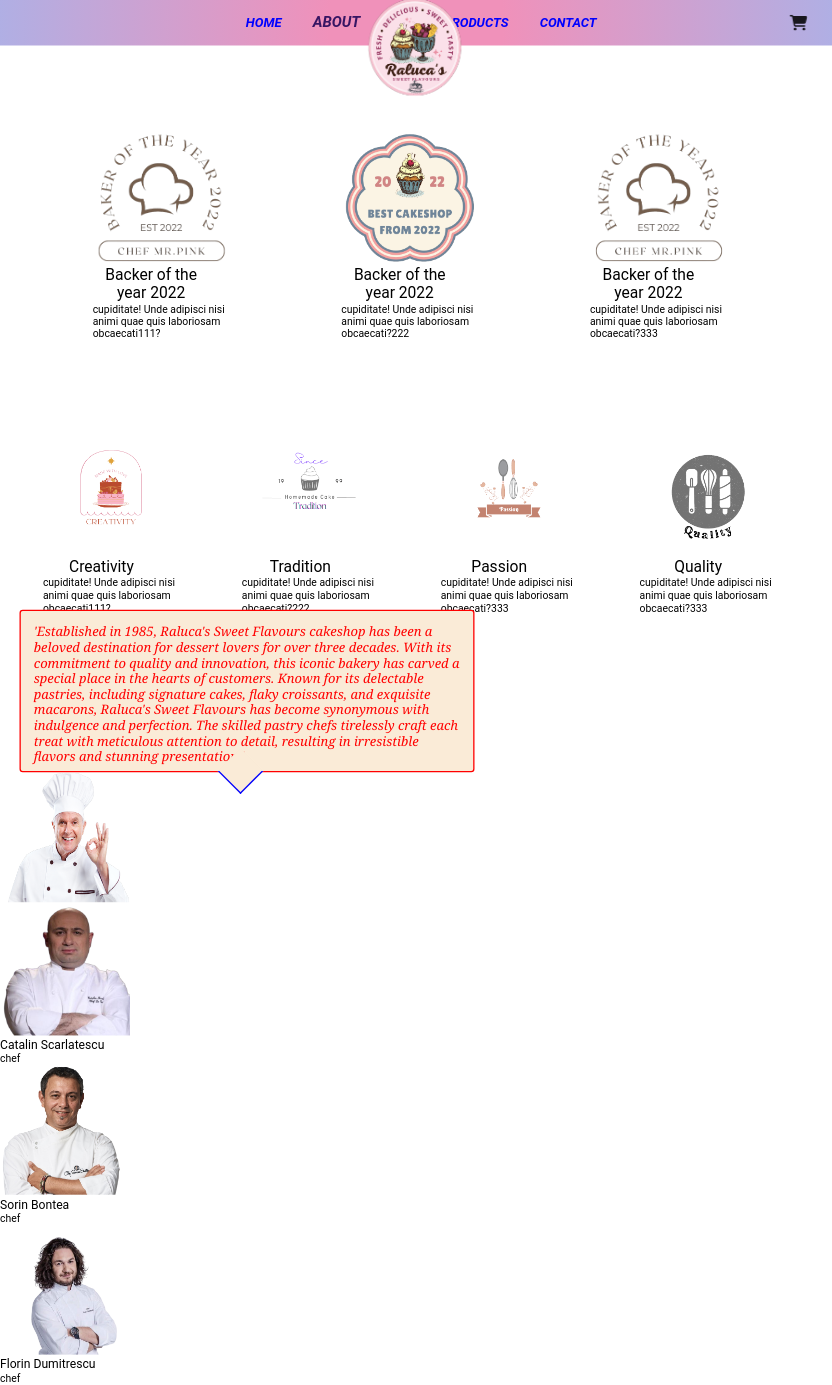
Repository: RalucaZota/cakeshop
Page: /about
These files come from the project's save history. The page is drawn as it stood at one moment and after the next save; the edit follows.
The browser window is 1280 px wide. The pictures show the whole page, at 65% of full size.
The project was rebuilt for these pictures with package versions that can differ from the ones it lists, and the page was loaded fresh each time. Also part of the build but not shown: vite.config.js, src/components/AddtoCartButton.vue, src/components/FavoriteProduct.vue, src/components/ProductItem.vue, src/components/Testimonials.vue, src/views/Home.vue, src/views/Products.vue, src/views/Contact.vue.

Above is the page before, as saved 2023-06-28 08:33:03.

### index.html
<!DOCTYPE html>
<html lang="en">
  <head>
    <meta charset="UTF-8">
    <link rel="icon" href="/favicon.ico">
    <meta name="viewport" content="width=device-width, initial-scale=1.0">
    <title>Vite App</title>
  </head>
  <body>
    <div id="app"></div>
    <script type="module" src="/src/main.js"></script>

  </body>
</html>

### src/main.js
import './assets/main.css'
import{ createApp } from "vue";
import App from './App.vue'
import router from './router'

import { library } from '@fortawesome/fontawesome-svg-core'
import { FontAwesomeIcon } from '@fortawesome/vue-fontawesome'
import { faBars } from '@fortawesome/free-solid-svg-icons'
import { faXmark } from '@fortawesome/free-solid-svg-icons'
import { faCartShopping } from '@fortawesome/free-solid-svg-icons'

import 'vuetify/styles'
import { createVuetify } from 'vuetify'
import * as components from 'vuetify/components'
import * as directives from 'vuetify/directives'

const vuetify = createVuetify({
    components,
    directives,
  })
library.add(faBars, faXmark, faCartShopping)

createApp(App)
.component('font-awesome-icon', FontAwesomeIcon).use(router, vuetify)
.mount('#app')

### src/assets/main.css
@import './base.css';

#app {
  margin: 0 auto;

  font-weight: normal;
}

html{
  line-height: 1.2 !important;
}

### src/App.vue
<script setup>
import Navbar from "./components/Navbar.vue"


</script>

<template>
<navbar/>


</template>

<style scoped>

</style>

### src/router/index.js
import { createRouter, createWebHistory } from 'vue-router'

const router = createRouter({
  history: createWebHistory(import.meta.env.BASE_URL),
  routes: [
    {
      path: '/',
      name: 'home',
      component: () => import('../views/Home.vue')
    },
    { path: '/about', name: 'about', component: () => import('../views/About.vue') },
    { path: '/products', name: 'products', component: () => import('../views/Products.vue') },
    { path: '/contact', name: 'contact', component: () => import('../views/Contact.vue') }
    // route level code-splitting
    // this generates a separate chunk (About.[hash].js) for this route
    // which is lazy-loaded when the route is visited.
  ]
})

export default router

### src/assets/base.css
/* color palette from <https://github.com/vuejs/theme> */
:root {
  --vt-c-white: #ffffff;
  --vt-c-white-soft: #f8f8f8;
  --vt-c-white-mute: #f2f2f2;

  --vt-c-black: #181818;
  --vt-c-black-soft: #222222;
  --vt-c-black-mute: #282828;

  --vt-c-indigo: #2c3e50;

  --vt-c-divider-light-1: rgba(60, 60, 60, 0.29);
  --vt-c-divider-light-2: rgba(60, 60, 60, 0.12);
  --vt-c-divider-dark-1: rgba(84, 84, 84, 0.65);
  --vt-c-divider-dark-2: rgba(84, 84, 84, 0.48);

  --vt-c-text-light-1: var(--vt-c-indigo);
  --vt-c-text-light-2: rgba(60, 60, 60, 0.66);
  --vt-c-text-dark-1: var(--vt-c-white);
  --vt-c-text-dark-2: rgba(235, 235, 235, 0.64);
}

/* semantic color variables for this project */
:root {
  --color-background: var(--vt-c-white);
  --color-background-soft: var(--vt-c-white-soft);
  --color-background-mute: var(--vt-c-white-mute);

  --color-border: var(--vt-c-divider-light-2);
  --color-border-hover: var(--vt-c-divider-light-1);

  --color-heading: var(--vt-c-text-light-1);
  --color-text: var(--vt-c-text-light-1);

  --section-gap: 160px;
}

@media (prefers-color-scheme: dark) {
  :root {
    --color-background: var(--vt-c-black);
    --color-background-soft: var(--vt-c-black-soft);
    --color-background-mute: var(--vt-c-black-mute);

    --color-border: var(--vt-c-divider-dark-2);
    --color-border-hover: var(--vt-c-divider-dark-1);

    --color-heading: var(--vt-c-text-dark-1);
    --color-text: var(--vt-c-text-dark-2);
  }
}

*,
*::before,
*::after {
  box-sizing: border-box;
  margin: 0;
  font-weight: normal;
}

### src/components/Navbar.vue
<template>
  <header :class="{ 'scrolled-nav': scrolledNav }">
    <nav >
      <div class="cart">
          <font-awesome-icon icon="fa-solid fa-cart-shopping" fade size="xl" />
        </div>
      <ul class="navigation" v-show="!mobile">
        <li>
          <RouterLink active-class="active" :to="{ name: 'home' }" class=" link"
            >Home</RouterLink
          >
        </li>
        <li>
          <RouterLink active-class="active" :to="{ name: 'about' }" class=" link"
            >About</RouterLink
          >
        </li>
        <div class="branding">
          <img src="../assets/images/logo.png" alt="logo"/>
        </div>
        <li>
          <RouterLink active-class="active" :to="{ name: 'products' }" class=" link"
            >Products</RouterLink
          >
        </li>
        <li>
          <RouterLink active-class="active" :to="{ name: 'contact' }" class=" link"
            >Contact</RouterLink
          >
        </li>
      </ul>
        <div class="icon">
          <font-awesome-icon icon="fa-solid fa-bars" size="lg" @click="openMobileNav" v-show="!mobileNav && mobile"  class="burger" :class="{'icon-active': mobileNav}"/>
          <font-awesome-icon  v-show="mobileNav" icon="fa-solid fa-xmark" beat size="xl" @click="closeMobileNav" class="close-nav" :class="{'icon-active': mobileNav}"/>
        </div>

      <transition name="mobile-nav">

        <ul v-show="mobileNav" class="dropdown-nav">
          <li>
            <div class="branding">
          <img src="../assets/images/logo.png" alt="logo"/>
        </div>
          </li>
          <li>
            <RouterLink active-class="active" :to="{ name: 'home' }" class="link"
              >Home</RouterLink
            >
          </li>
          <li>
            <RouterLink active-class="active" :to="{ name: 'about' }" class=" link"
              >About</RouterLink
            >
          </li>
          <li>
            <RouterLink active-class="active" :to="{ name: 'products' }" class=" link"
              >Products</RouterLink
            >
          </li>
          <li>
            <RouterLink active-class="active" :to="{ name: 'contact' }" class=" link"
              >Contact</RouterLink
            >
          </li>
        </ul>
      </transition>
    </nav>
  </header>

  <RouterView />
</template>
<script>
import { RouterLink, RouterView } from 'vue-router'
import Home from '../views/Home.vue'
import Products from '../views/Products.vue'
import About from '../views/About.vue'
import Contact from '../views/Contact.vue'
export default {
  name: 'navbar',
  components: {
    Home,
    Products,
    About,
    Contact
  },
  data(){
    return {
      scrolledNav: null,
      mobile: null,
      mobileNav: null,
      windowWidth: null,

    }
  },
  created(){
    window.addEventListener('resize', this.checkScreen);
    this.checkScreen()
  },
  mounted(){
    window.addEventListener('scroll', this.updateScroll)
  },
  methods:{
    openMobileNav(){
      this.mobileNav = true


    },
    closeMobileNav(){
      this.mobileNav = false

    },

    updateScroll(){
      const scrollPosition =  window.scrollY;
      if (scrollPosition > 50){
        this.scrolledNav = true;
        return;
      }
      this.scrolledNav = false
    },
    checkScreen(){
      this.windowWidth = window.innerWidth;
      if( this.windowWidth <= 750){
        this.mobile = true;
        return;
      }
      this.mobile = false;
      this.mobileNav = false;
    }
  }
}
</script>
<style lang="scss">
@import '../styles/Navbar.scss';
</style>

### src/views/About.vue
<template>
  <div>
    <h1>About</h1>
    <div  class='universal-card-wrapper' >
        <universal-card v-for="( momentInfo, id) in momentsInfo" :key="id" >
          <template #img >
          <img :src="momentInfo.img"/></template>
          <template #title >
            <h2>{{ momentInfo.price }} </h2></template>
          <template #text><p>
            {{ momentInfo.text }}
          </p></template>
        </universal-card>
    </div>

    <div  class='universal-card-wrapper' >
        <universal-card v-for="( info, id) in knowBetterInfo" :key="id" >
          <template #img >
          <img :src="info.img" class="know-us-better-img"/></template>
          <template #title >
            <h2>{{ info.title }} </h2></template>
          <template #text><p>
            {{ info.text }}
          </p></template>
        </universal-card>
      </div>
      <comment-box/>
      <staff-component/>
  </div>
</template>
<script>
import StaffComponent from '../components/StaffComponent.vue'
import CommentBox from '../components/CommentBox.vue'
import { momentsInfo, knowBetterInfo } from '../data.js'
import UniversalCard from '../components/UniversalCard.vue'
export default {
  name: 'about',
  components: {
    UniversalCard,
    CommentBox,
    StaffComponent
  },
  data() {
    return {
      momentsInfo: momentsInfo,
      knowBetterInfo: knowBetterInfo,
      CommentBox: CommentBox
    }
  }
}
</script>
<style lang="scss" scoped>
.universal-card-wrapper{
  display: flex;
  flex-wrap: wrap;
  align-items: center;
  justify-content: space-evenly;
  margin-top: 150px;
  img{
    width: 200px;
    img.know-us-better-img{
      width: 250px !important;
      height: 250px !important;
    }
  }
  h2{
    text-align: center;
    width: 180px;
  }

}
</style>

### src/styles/Navbar.scss
header{
    width: 100%;
    position: fixed;
    transition: 0.5s ease all;
    background-color: transparent;
    z-index: 99;
    color: transparent;
    height: 68px;
    nav{
        display: flex;
        align-items: center;
        justify-content: space-evenly;
        flex-direction: row;
        background: rgb(238,174,202);
        background: rgb(240,145,186);
        background: rgb(240,145,186);
        background: radial-gradient(circle, rgba(240,145,186,1) 21%, rgba(176,175,228,1) 100%);
        transition: 0.5s ease all;
        padding: 5px 0;
        width: 100%;
        margin: 0 auto;
        text-decoration: none;
        position: relative;


        @media (min-width: 1140px) {
            max-width: 1300px;
        }
        @media (max-width: 749px) {
            width: 100%;
            padding: 20px;
        }
        ul,
        .link {
            color: blue;
            list-style: none;
            text-decoration: none;
        }
        li {
            text-transform: uppercase;
            padding: 16px;
            margin-left: 16px;
        }

        .link {
            font-weight: 700;
            font-style:italic;
            font-size: 20px;
            transition: 0.5s ease all;
            padding-bottom: 4px;
            border-bottom:  2px solid transparent;
            &:hover {
                color: #125159;
                border-color: purple;
            }
        }
        .branding {
            display: flex;
            align-items: center;
            margin-left: 80px;
            @media (max-width: 749px) {
                margin-left: 0px;
            }
            li.img{
                @media (max-width: 749px) {
                    padding-bottom: 0px;
            }
        }
            img {
                width: 150px;
                position: absolute;
                height: 155px;
                left: 44%;
                top: -10%;
                transition: .5s ease all;
                @media (max-width: 749px) {
                    position: relative;
                    width: 80px;
                    height: 80px;
                    left: 11%;
                }
            }
        }

        .active{
        font-weight: bold;
        font-size: 23px !important;
        color: #371563;
        font-weight: 700 !important;
        text-decoration: none;
        font-size: larger;

        }
        .cart{
        position: absolute;
        right: 3%;
        color: black;
        font-weight: 700;
    }
        .navigation {
            display: flex;
            align-items: center;
            flex: 1;
            justify-content: center;
    }
        .icon{
            display: flex;
            align-items: center;
            position: absolute;
            top: 0;
            left: 24px;
            height: 100%;
            color: black;
            transform: rotateZ(180deg);
            .burger{
            cursor: pointer;
            font-size: 24px;
            transition: .8s ease all;

        }
            .close-nav{
                color: black;
                font-weight: 600;
            }
    }
        .icon-active{

            color: red;
            display: inline-block;




    }
        .dropdown-nav{
            display: flex;
            flex-direction: column;
            align-items: center;
            position: fixed;
            width: 100%;
            max-width: 215px;
            height: 100%;
            background: radial-gradient(circle, rgba(240,145,186,1) 21%, rgba(176,175,228,1) 100%);
            top: 4.8%;
            left: 0;
            padding-left: 0px;
            line-height: 5px;
            padding-top: 10px;

            li{
                margin-left: 0;
                .link{
                    color: black;
                    font-weight: 600;
            }
        }

    }
        .mobile-nav-enter-active, .mobile-nav-leave-active {
            transition:  1s ease all;
        }
        .mobile-nav-enter-from, .mobile-nav-leave-to {
            transform: translateX((-250px));
        }
        .mobile-nav-enter-to {
            transform: translateX((0));
        }

}
}
.scrolled-nav{
    // box-shadow: 0 4px 6px -1px rgba(0, 0, 0, 0.1), 0 2px 4px -1px rgba(0, 0, 0, 0.06);
        nav{
            padding: 8px 0;
            .branding{
            // img{
            //     width: 40px;
            //     box-shadow: 0 4px 6px -1px rgba(0, 0, 0, 0.1), 0 2px 4px -1px rgba(0, 0, 0, 0.06);

            // }
        }
    }
}

### src/components/StaffComponent.vue
<template>
    <div v-for="{ name, status, img} in chefs" :key="name">
        <div class="chef-img-div">
            <img :src="img"/>
        </div>
        <h3>{{ name }}</h3>
        <p>{{ status }}</p>
    </div>
</template>
<script>
import { chefs } from '../data'
export default{
    name: 'staff-component',
    data() {
        return {
            chefs: chefs
        }
    }
}
</script>
<style >
@import '../styles/StaffComponent.scss';
</style>

### src/components/CommentBox.vue
<template>
    <div>
        <div class="big-comment-box">
            <div class="little-comment-box"></div>
            <p class="text-comment-box">{{ CommentBox }}</p>
        </div>
        <img src="../assets//images//chef.png"/>
    </div>

</template>
<script>
import { CommentBox } from '../data.js'
export default {
  name: 'comment-box',
  data() {
    return {
      CommentBox: CommentBox
    }
  }
}
</script>
<style scoped>
@import '../styles/CommentBox.scss';
</style>

### src/data.js
const ClientsInfo = [
  {
    id: 1,
    name: 'Sam Smith',
    opinion:
      'Lorem ipsum dolor sit amet consectetur, adipisicing elit. Necessitatibus dolore reiciendis cupiditate! Unde adipisci nisi animi quae quis laboriosam obcaecati?',
    img: '../src/assets/images/clients/samsmith.jpg'
  },
  {
    id: 2,
    name: 'Olga Bacari',
    opinion:
      'Lorem ipsum dolor sit amet consectetur, adipisicing elit. Necessitatibus dolore reiciendis cupiditate! Unde adipisci nisi animi quae quis laboriosam obcaecati?',
    img: '../src/assets/images/clients/olgabacari.jpg'
  },
  {
    id: 3,
    name: 'Richard Muller',
    opinion:
      'Lorem ipsum dolor sit amet consectetur, adipisicing elit. Necessitatibus dolore reiciendis cupiditate! Unde adipisci nisi animi quae quis laboriosam obcaecati?',
    img: '../src/assets/images/clients/richardmuller.jpg'
  }
]

const momentsInfo = [
  {
    id: 1,
    price: 'Backer of the year 2022',
    img: '../src/assets/images/bestMoments/backer-year.png',
    text: ' cupiditate! Unde adipisci nisi animi quae quis laboriosam obcaecati111?'
  },
  {
    id: 2,
    price: 'Backer of the year 2022',
    img: '../src/assets/images/bestMoments/best-cakeshop.png',
    text: 'cupiditate! Unde adipisci nisi animi quae quis laboriosam obcaecati?222'
  },
  {
    id: 3,
    price: 'Backer of the year 2022',
    img: '../src/assets/images/bestMoments/backer-year.png',
    text: 'cupiditate! Unde adipisci nisi animi quae quis laboriosam obcaecati?333'
  }
]
const knowBetterInfo = [
  {
    id: 1,
    title: 'Creativity',
    img: '../src/assets/images/knowusbetter/creativity.png',
    text: ' cupiditate! Unde adipisci nisi animi quae quis laboriosam obcaecati111?'
  },
  {
    id: 2,
    title: 'Tradition',
    img: '../src/assets/images/knowusbetter/tradition.png',
    text: 'cupiditate! Unde adipisci nisi animi quae quis laboriosam obcaecati?222'
  },
  {
    id: 3,
    title: 'Passion',
    img: '../src/assets/images/knowusbetter/passion.png',
    text: 'cupiditate! Unde adipisci nisi animi quae quis laboriosam obcaecati?333'
  },
  {
    id: 4,
    title: 'Quality',
    img: '../src/assets/images/knowusbetter/quality.png',
    text: 'cupiditate! Unde adipisci nisi animi quae quis laboriosam obcaecati?333'
  }
]
const CommentBox =
  " 'Established in 1985, Raluca's Sweet Flavours cakeshop has been a beloved destination for dessert lovers for over three decades. With its commitment to quality and innovation, this iconic bakery has carved a special place in the hearts of customers. Known for its delectable pastries, including signature cakes, flaky croissants, and exquisite macarons, Raluca's Sweet Flavours has become synonymous with indulgence and perfection. The skilled pastry chefs tirelessly craft each treat with meticulous attention to detail, resulting in irresistible flavors and stunning presentation.' "

const chefs = [
  {
    name: 'Catalin Scarlatescu',
    status: 'chef',
    img: '../src/assets/images/chefs/catalin-scarlatescu.png'
  },
  { name: 'Sorin Bontea', status: 'chef', img: '../src/assets/images/chefs/sorin-bontea.png' },
  {
    name: 'Florin Dumitrescu',
    status: 'chef',
    img: '../src/assets/images/chefs/florin-dumitrescu.png'
  }
]
export { momentsInfo, knowBetterInfo, CommentBox, chefs }
export default ClientsInfo

### src/components/UniversalCard.vue
<template>
  <div class="universal-card">
    <div class="universal-card-img">
      <slot name="img"> </slot>
    </div>
    <div class="universal-card-details">
      <slot name="title"> </slot>
      <slot name="text"> </slot>
    </div>
  </div>
</template>
<script>
export default {
  name: 'universal card'
}
</script>
<style >
@import '../styles/UniversalCard.scss';
</style>

### src/styles/StaffComponent.scss
 img{
    width: 200px;
    height: 200px;
    }

### src/styles/CommentBox.scss
.big-comment-box{
    margin-left: 30px;
    width: 700px;
    height: 250px;
    border: 2px solid red;
    border-radius: 5px;
    position: relative;
    background-color: antiquewhite;

    .little-comment-box{
        width: 50px;
        height: 50px;
        border: 2px solid blue;
        position: absolute;
        bottom: -10%;
        left: 45%;
        transform: rotateZ(45deg);
        border-left-color: transparent;
        border-top-color: transparent;
        background-color: antiquewhite;
    }
    .text-comment-box{
        font-size: 20px;
        font-style: italic;
        font-family: Cambria, Cochin, Georgia, Times, 'Times New Roman', serif;
        color: red;
        padding: 20px;

    }

}

### src/styles/UniversalCard.scss
.universal-card{
    max-width: 250px;
    height: 300px;
    padding: 10px;
    display: flex;
    flex-direction: column;
    align-items: center;
    .universal-card-img{
        padding: 5px;
        width: 230px;
        height: 200px;
        border-radius: 8px;
        margin-bottom: 10px;


        }
    .universal-card-details{
        }
    }

After the next save:
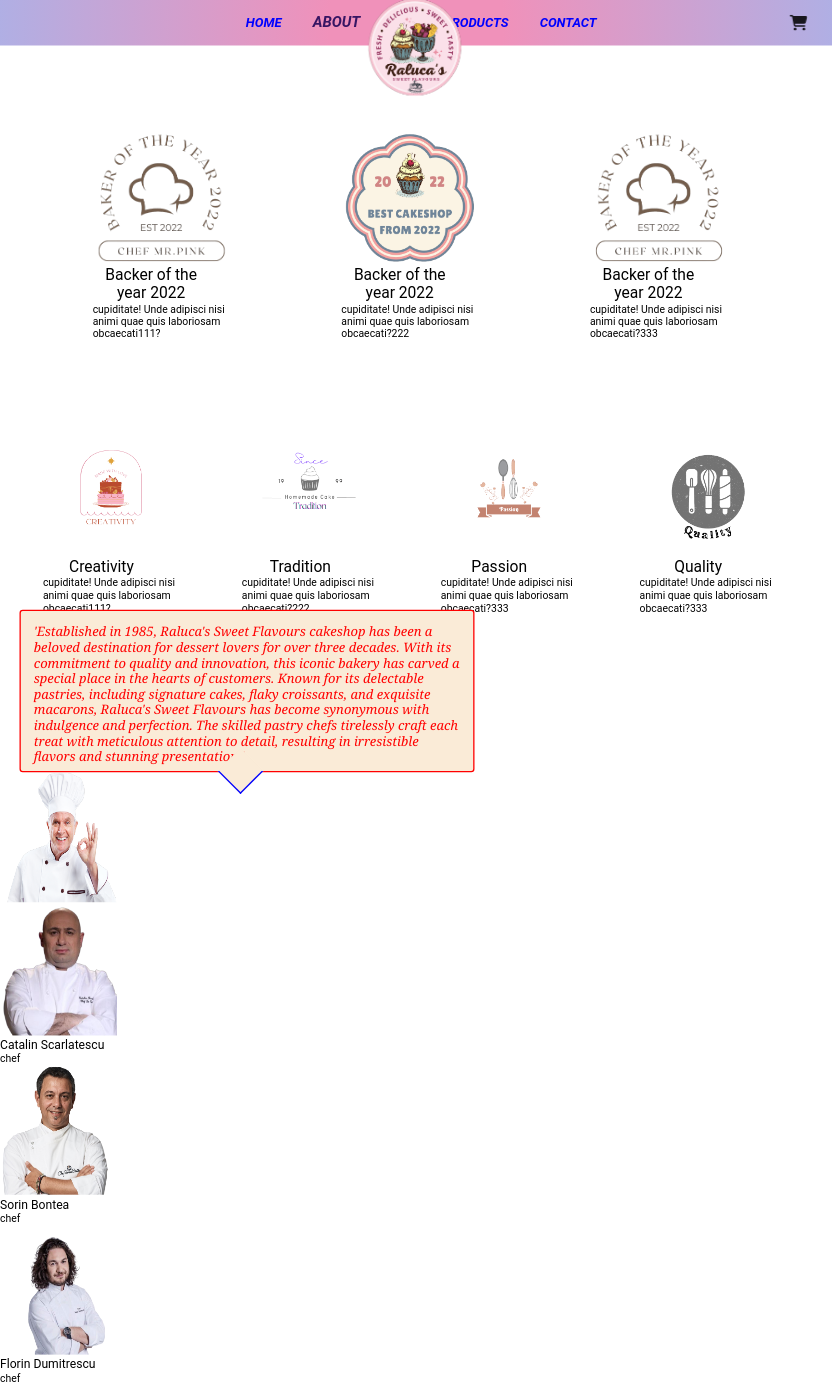
Saved 15 s later.
--- a/src/styles/StaffComponent.scss
+++ b/src/styles/StaffComponent.scss
@@ -1,4 +1,4 @@
  img{
-    width: 200px;
+    width: 180px;
     height: 200px;
     }
